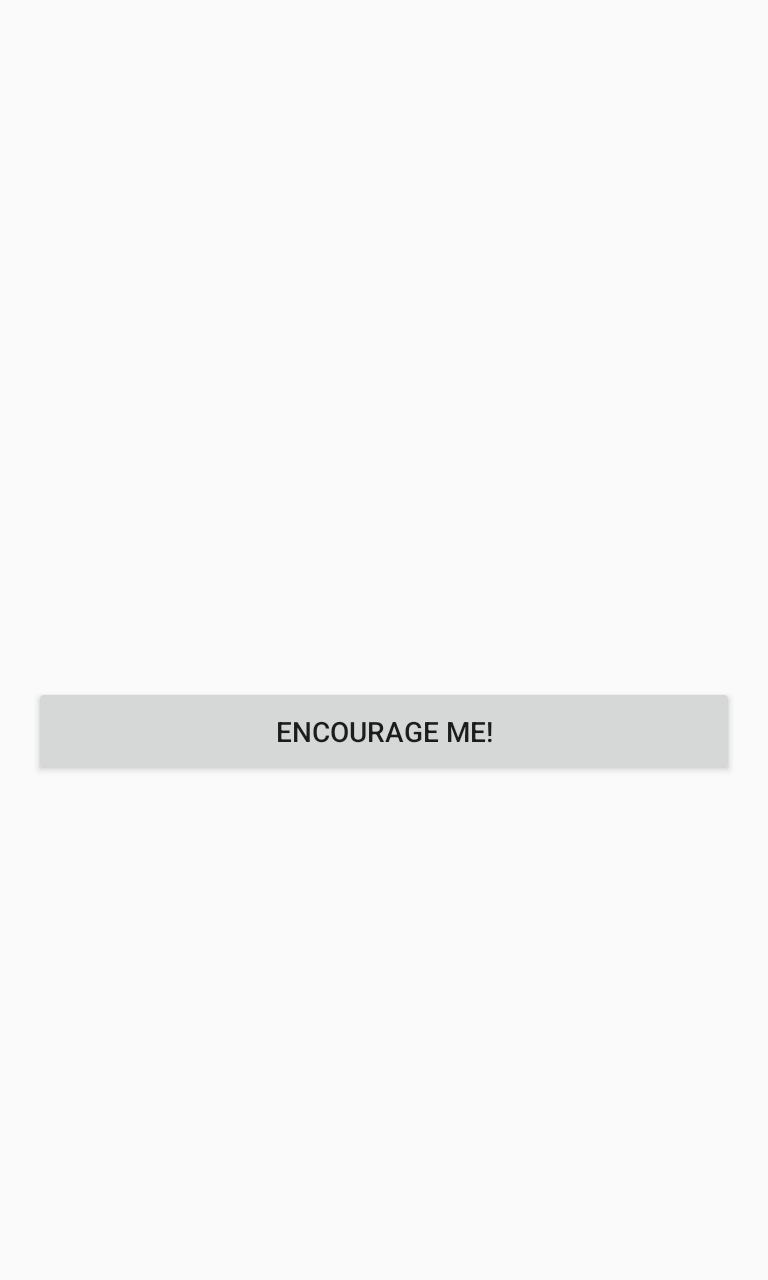
Repository: asaphy/routines
Layout: AndroidWorkSpace/Father'sDayApp/res/layout/activity_main.xml
An editor plug-in stored every save of this project. The layout is shown before and after the next save, followed by the edit.
It is drawn on a 768 x 1280 px phone screen (xhdpi) without system bars, with theme AppTheme; the app's code is not run.

Above is the layout before, as saved 2014-06-14 17:33:31.

### AndroidWorkSpace/Father'sDayApp/res/layout/activity_main.xml
<RelativeLayout xmlns:android="http://schemas.android.com/apk/res/android"
    xmlns:tools="http://schemas.android.com/tools"
    android:layout_width="match_parent"
    android:layout_height="match_parent"
    android:paddingBottom="@dimen/activity_vertical_margin"
    android:paddingLeft="@dimen/activity_horizontal_margin"
    android:paddingRight="@dimen/activity_horizontal_margin"
    android:paddingTop="@dimen/activity_vertical_margin"
    tools:context="com.asaphyuan.fathersdayapp.MainActivity$PlaceholderFragment" >

    <TextView
        android:id="@+id/textView1"
        android:layout_width="wrap_content"
        android:layout_height="wrap_content"
        android:layout_centerHorizontal="true"
        android:layout_centerVertical="true"
        android:textSize="32sp" />

    <Button
        android:id="@+id/button1"
        android:layout_width="match_parent"
        android:layout_height="wrap_content"
        android:layout_below="@+id/textView1"
        android:layout_centerHorizontal="true"
        android:text="Encourage Me!" />

</RelativeLayout>

Loaded but not shown: AndroidWorkSpace/Father'sDayApp/res/values/styles.xml (common file); AndroidWorkSpace/Father'sDayApp/res/values-v11/styles.xml (common file); AndroidWorkSpace/Father'sDayApp/res/values-v14/styles.xml (common file); AndroidWorkSpace/Father'sDayApp/res/values/dimens.xml (common file); AndroidWorkSpace/Father'sDayApp/res/values-w820dp/dimens.xml (common file)

After the next save:
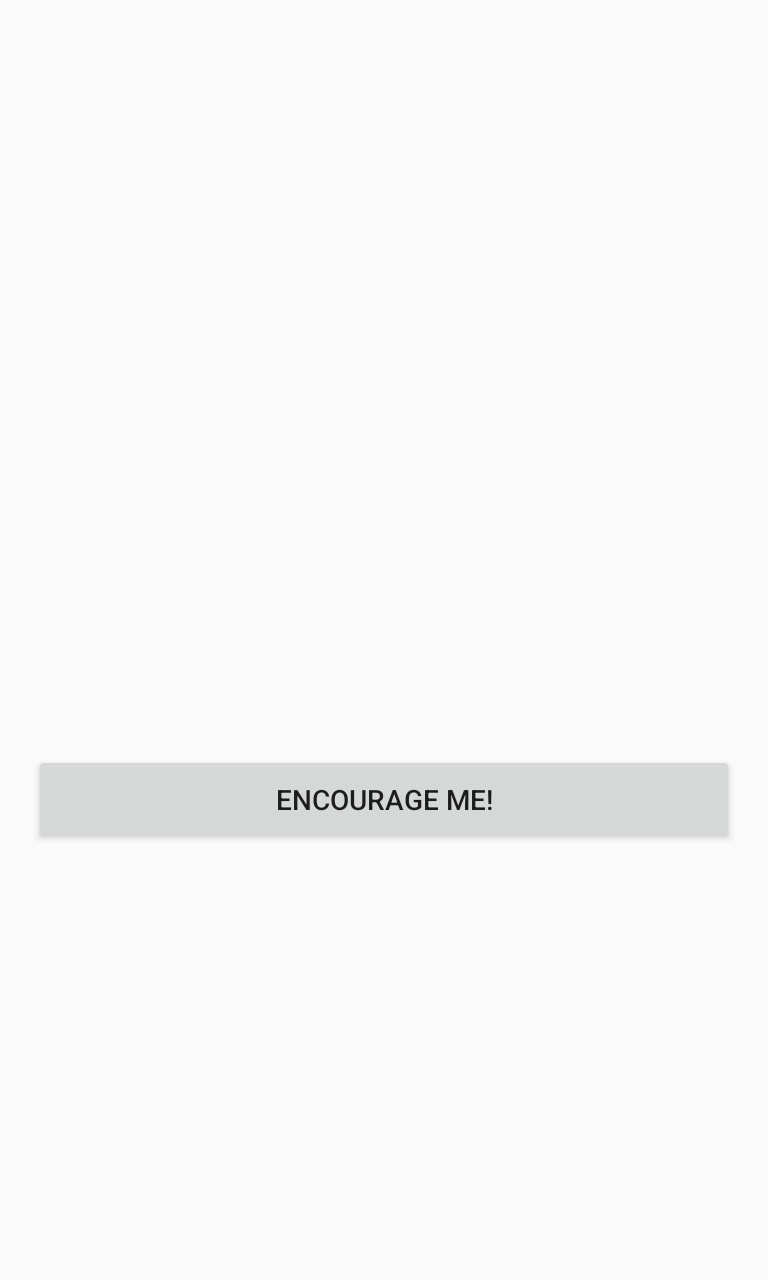
Saved 118 s later.
--- a/AndroidWorkSpace/Father'sDayApp/res/layout/activity_main.xml
+++ b/AndroidWorkSpace/Father'sDayApp/res/layout/activity_main.xml
@@ -22,6 +22,7 @@
         android:layout_height="wrap_content"
         android:layout_below="@+id/textView1"
         android:layout_centerHorizontal="true"
+        android:layout_marginTop="34dp"
         android:text="Encourage Me!" />
 
 </RelativeLayout>
